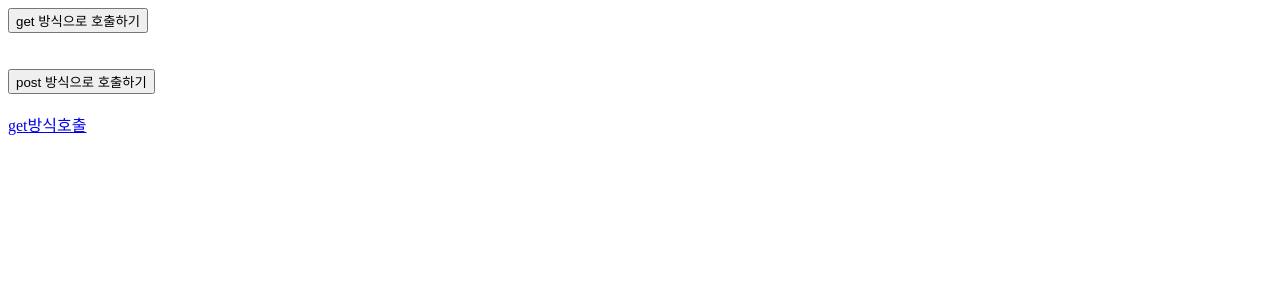
Repository: dkfagh/JSP_WS_2019_1
Page: http://localhost/Hello/
An editor plug-in stored every save of this project. The page is shown before and after the next save, followed by the edit.
The browser window is 1280 px wide. The pictures show the whole page.
The page is served by Tomcat 9.

Above is the page before, as saved 2019-11-11 05:54:13.

After the next save:
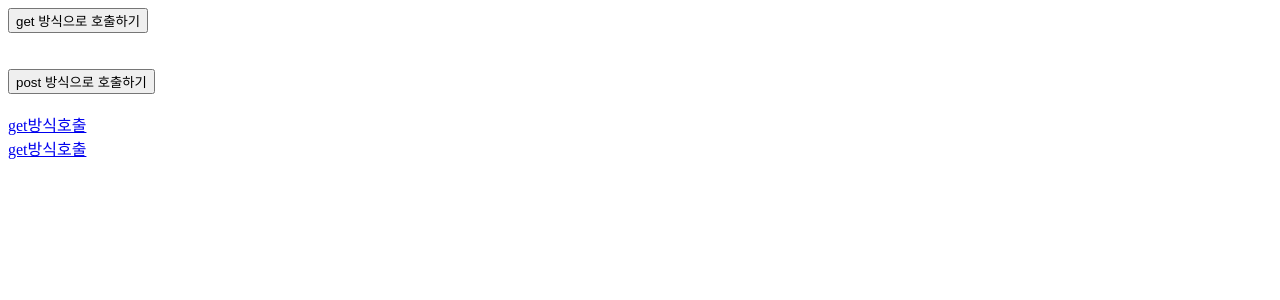
Saved 102 s later.
--- a/Hello/WebContent/index.jsp
+++ b/Hello/WebContent/index.jsp
@@ -5,6 +5,11 @@
 <head>
 <meta charset="UTF-8">
 <title>Insert title here</title>
+<script>
+	function goServlet(){
+		location.href="MethodServlet";
+	}
+</script>
 </head>
 <body>
 <form method="get" action="MethodServlet">
@@ -15,7 +20,9 @@
 	<input type="submit" value="post 방식으로 호출하기">
 </form>
 <br>
-<a href="MethodServlet">get방식호출</a><br>
-
+<a href="MethodServlet">get방식호출</a>
+<br>
+<a href="#" onclick="goServlet()">get방식호출</a>
+<br>
 </body>
 </html>
